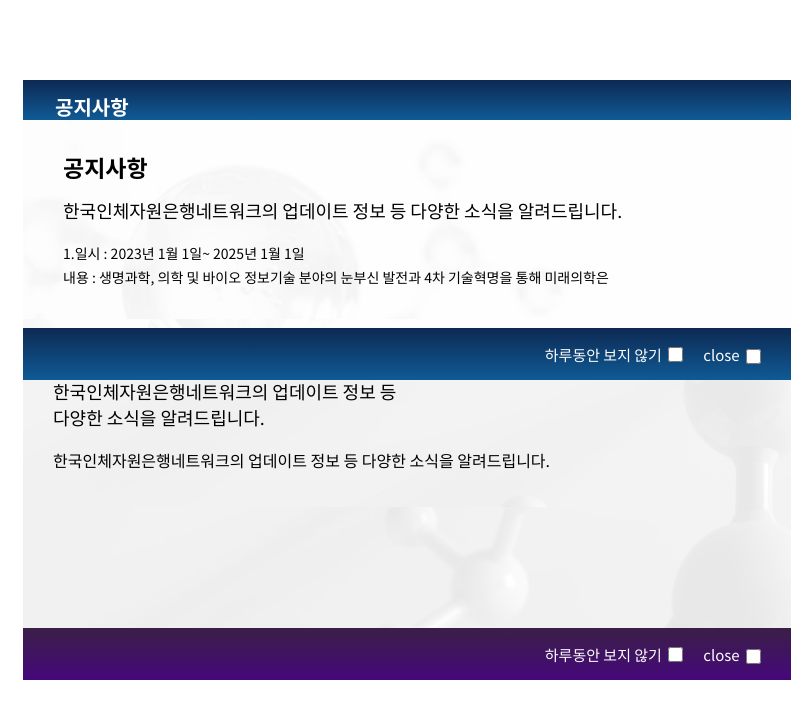
Repository: dlgywls1130/common_popup
Page: index.html
An editor plug-in stored every save of this project. The page is shown before and after the next save, followed by the edit.
The browser window is 768 px wide. The page is 791 px wide, then 768 px, so the pictures cover 791 px, including what lies to the right of the window. The pictures show the whole page.

Above is the page before, as saved 2023-10-26 01:02:59.

After the next save:
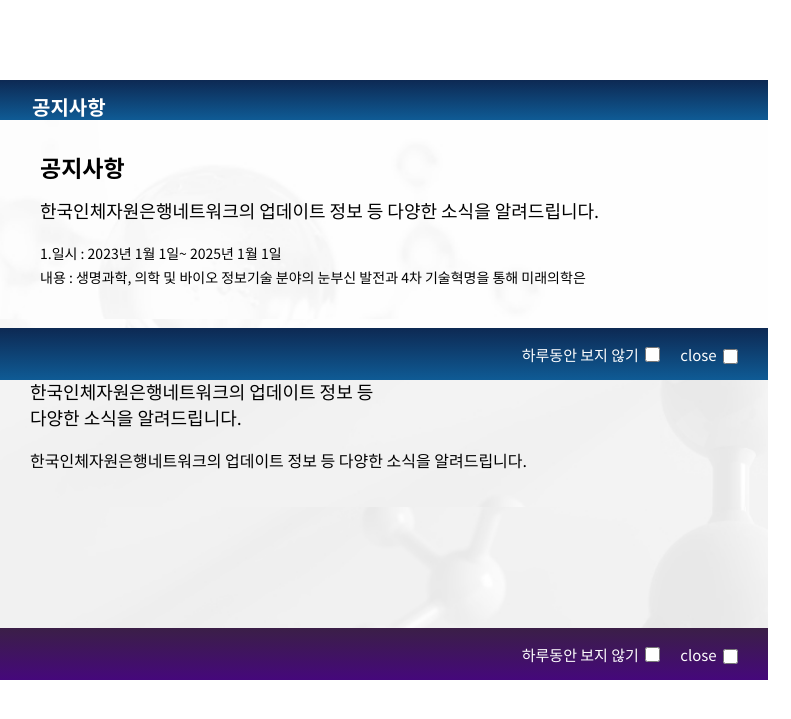
Saved 30 s later.
--- a/style.css
+++ b/style.css
@@ -202,25 +202,25 @@ time, mark, audio, video {
     .common_modal.blue {
         width: 100%;
         height: 400px;
-        left: 3%;
+        left: 0;
     }
 
     .common_modal.orange {
         width: 100%;
         height: 500px;
-        left: 3%;
+        left: 0;
     }
 
     .common_modal.purple {
         width: 100%;
         height: 600px;
-        left: 3%;
+        left: 0;
     }
 
     .common_modal.sky {
         width: 100%;
         height: 300px;
-        left: 3%;
+        left: 0;
     }
 
     .common_body_head {
